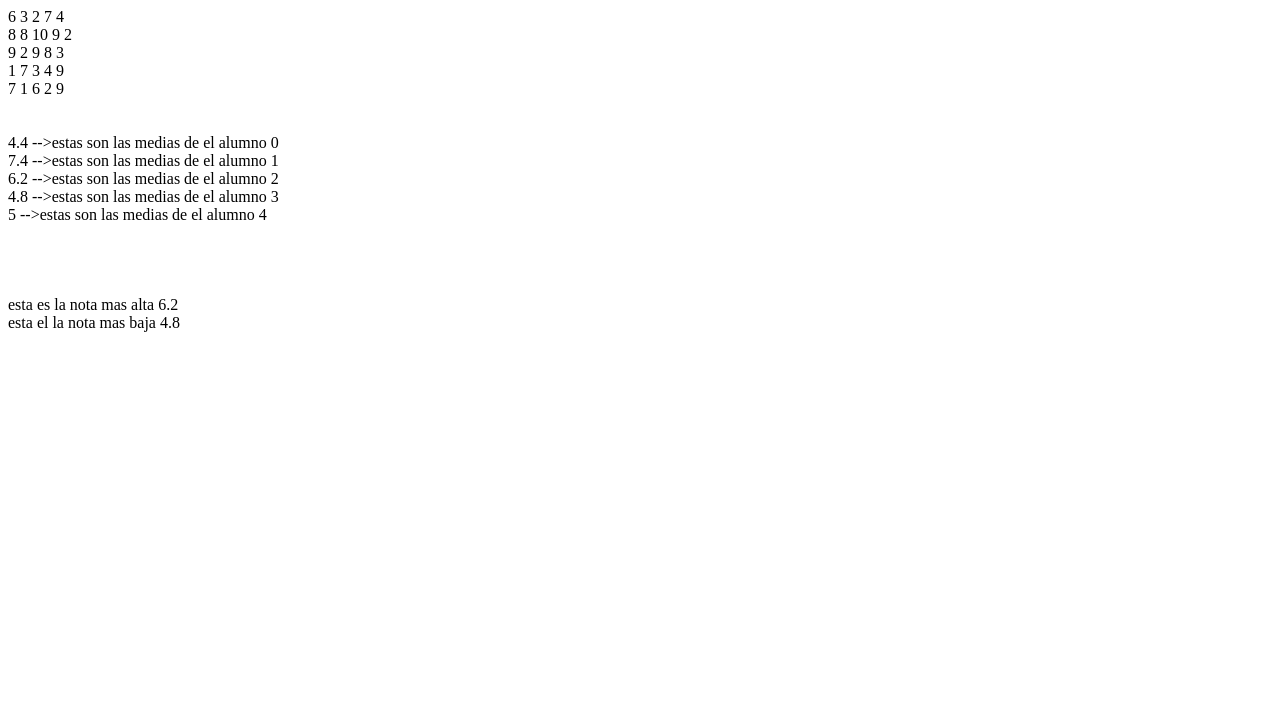
Repository: Sxcram02/1-daw
Page: http://localhost/notaMedia.php
The author's editor kept a copy of each file at every save. The page is drawn from the files as they stood at one save, then again after the next save.
The browser window is 1280 px wide. The pictures show the whole page.
The page is run by PHP 8.4 with error messages shown; the project is at /var/www/html/.

Above is the page before, as saved 2023-01-19 17:24:21.

After the next save:
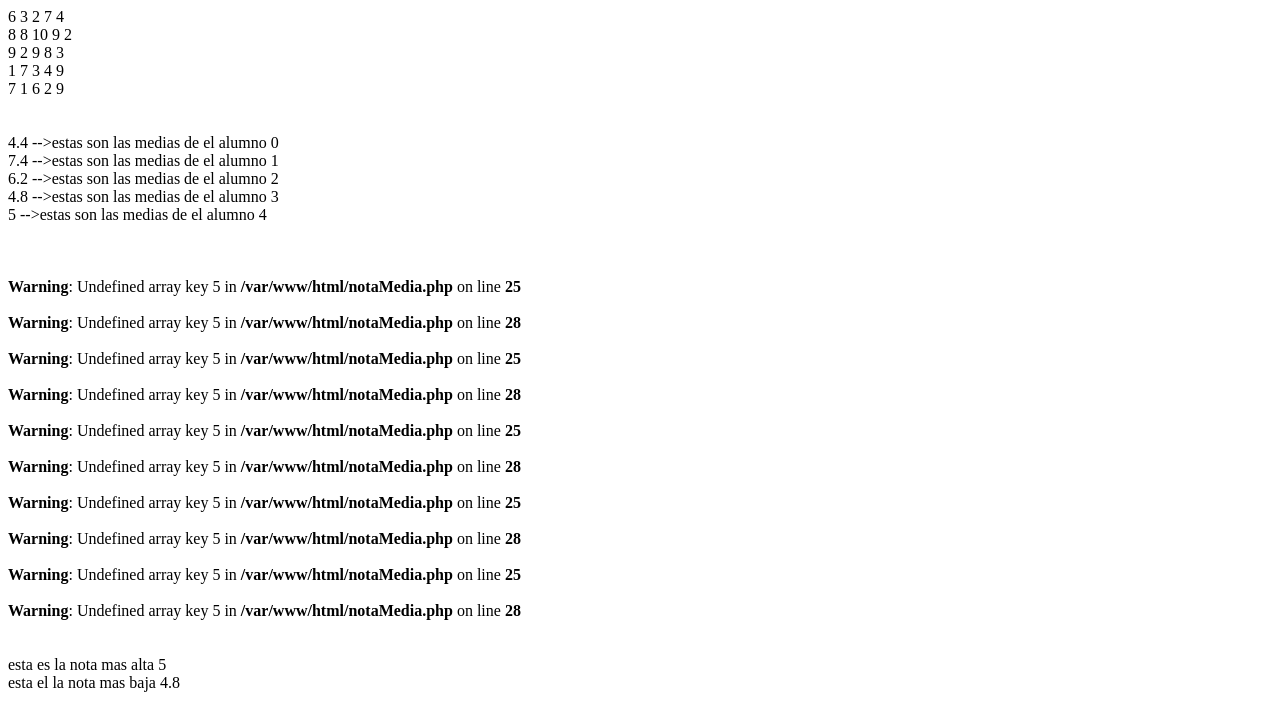
Saved 35 s later.
--- a/PHP/notaMedia.php
+++ b/PHP/notaMedia.php
@@ -22,10 +22,10 @@
 
     for($may=0;$may<5;$may++){
         for($men=0;$men<5;$men++){
-            if($nota_media[$may] < $nota_media[$men]){
+            if($nota_media[$may+1] < $nota_media[$men]){
                 $mayorAlumno = $nota_media[$men];
             };
-            if($nota_media[$may] > $nota_media[$men]){
+            if($nota_media[$may+1] > $nota_media[$men]){
                 $menorAlumno = $nota_media[$men];
             };
         };

After the save that followed:
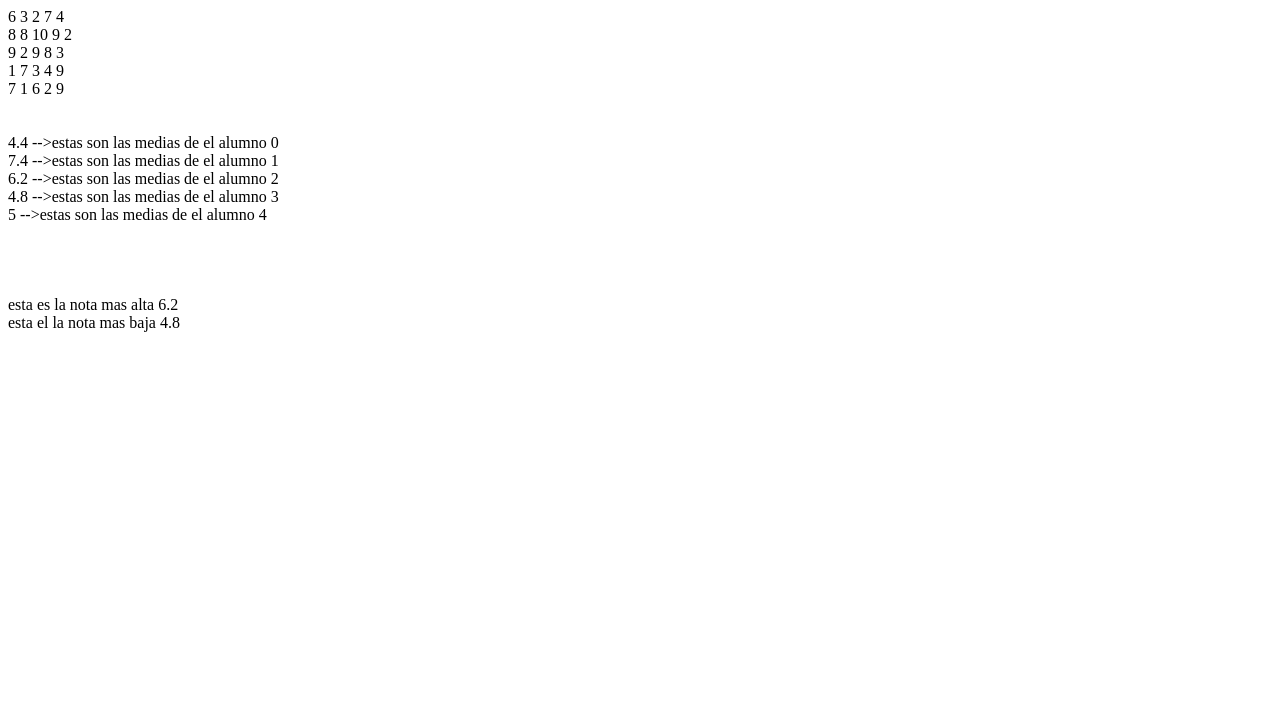
Saved 20 s later.
--- a/PHP/notaMedia.php
+++ b/PHP/notaMedia.php
@@ -22,10 +22,10 @@
 
     for($may=0;$may<5;$may++){
         for($men=0;$men<5;$men++){
-            if($nota_media[$may+1] < $nota_media[$men]){
+            if($nota_media[$may] < $nota_media[$men]){
                 $mayorAlumno = $nota_media[$men];
             };
-            if($nota_media[$may+1] > $nota_media[$men]){
+            if($nota_media[$may] > $nota_media[$men]){
                 $menorAlumno = $nota_media[$men];
             };
         };
